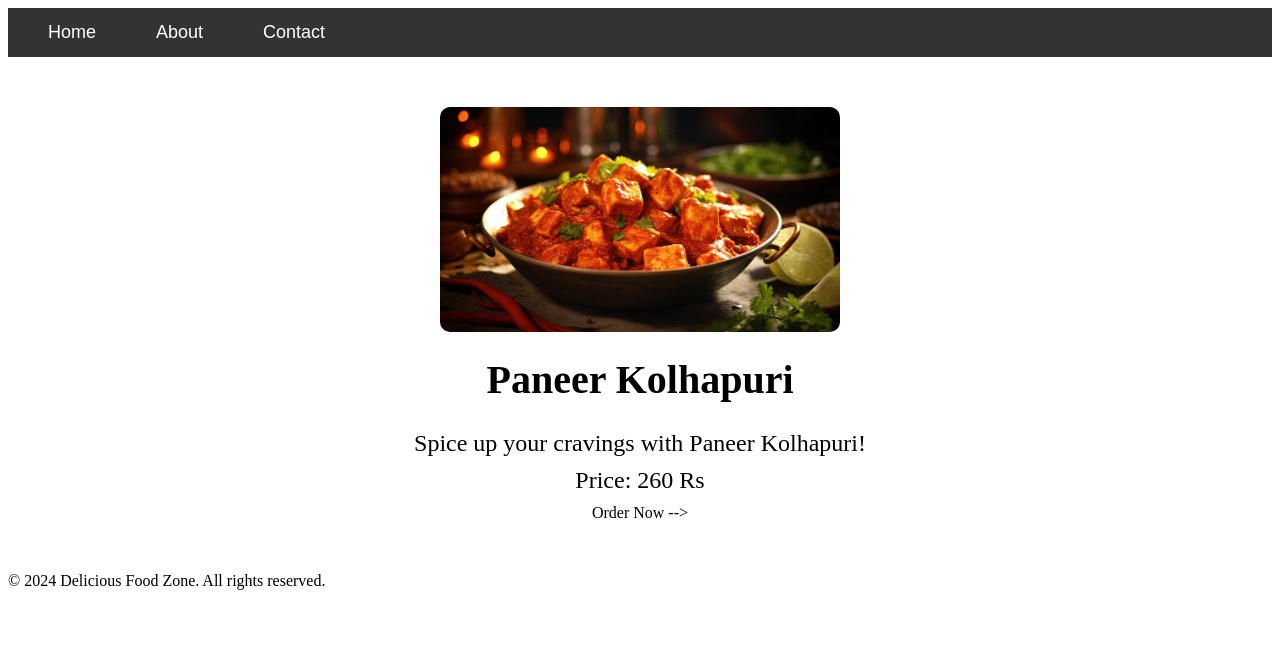
Repository: Shreya-Bonde/Restaurant-management-system
Page: panner.html
An editor plug-in stored every save of this project. The page is shown before and after a run of saves, followed by the edit.
The browser window is 1280 px wide. The pictures show the whole page.

Above is the page before, as saved 2024-11-09 01:13:36.

After the next 2 saves:
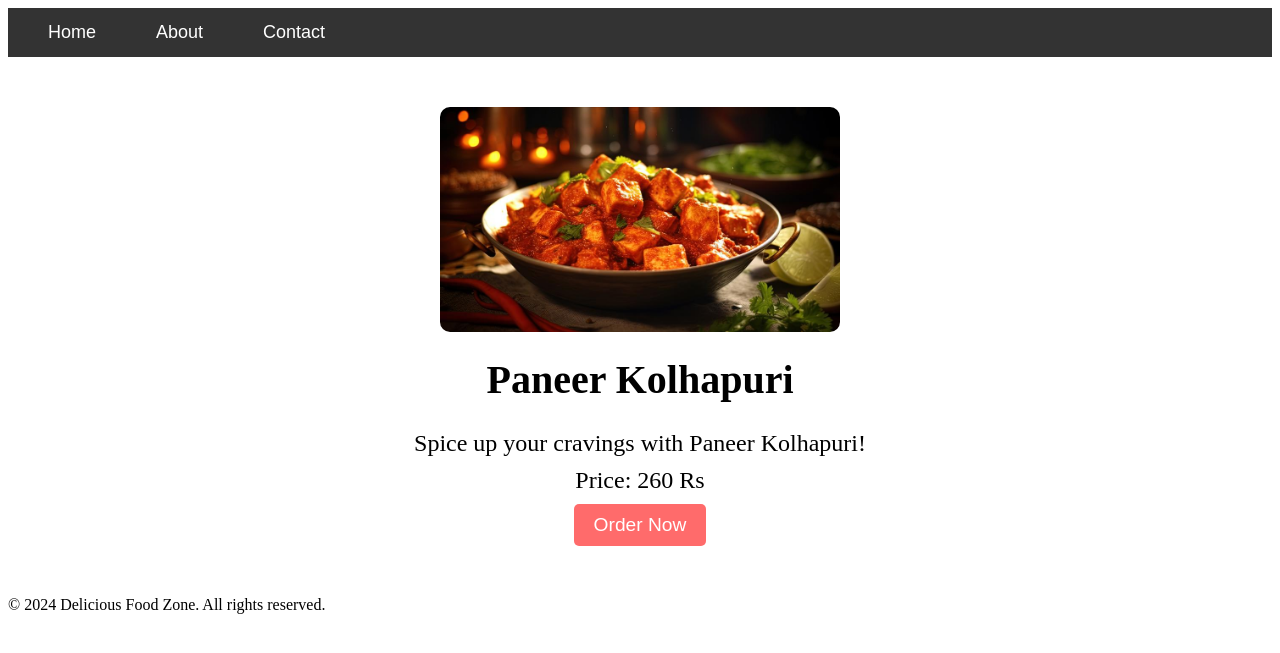
The 2 saves are shown as one change because they came seconds apart.
The last was saved 8 s later.
--- a/panner.html
+++ b/panner.html
@@ -111,8 +111,10 @@
         <img src="paneer kolhapuri.jpg" alt="Paneer Kolhapuri">
         <h1>Paneer Kolhapuri</h1>
         <p>Spice up your cravings with Paneer Kolhapuri!</p>
-        <p>Price: 260 Rs</p
+        <p>Price: 260 Rs</p>
         <!-- <button onclick="alert('Order Placed!')">Order Now</button> -->
+        <button onclick="window.location.href='order.html'">Order Now</button>
+
     </div>
 
     <footer>
